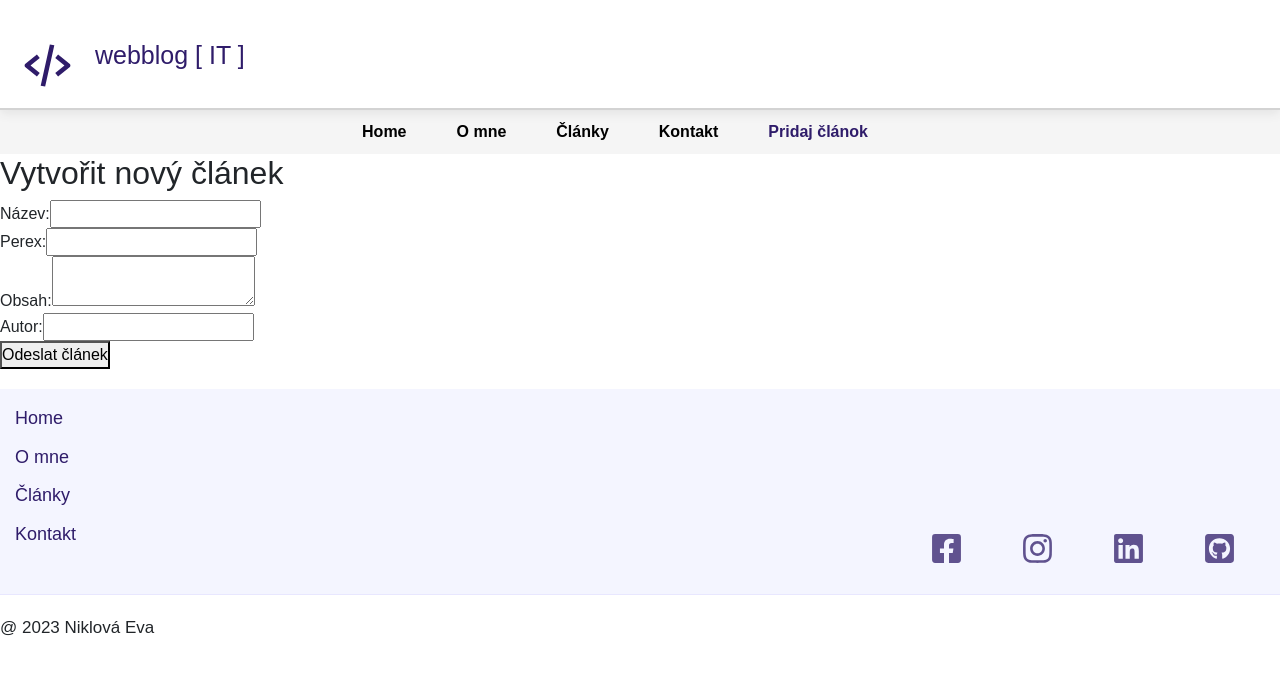
Repository: eniklova/github-bl
Page: /newarticel
These files come from the project's save history. The page is drawn as it stood at one moment and after a run of saves; the edit follows.
The browser window is 1280 px wide. The pictures show the whole page.
Some web fonts or font styles are not loaded; a fallback is used. The project was rebuilt for these pictures with package versions that can differ from the ones it lists, and the page was loaded fresh each time. Also part of the build but not shown: src/components/ArticleList.js, src/components/HeroSlider.css, src/components/HeroSlider.js, src/pages/Home.js, src/pages/Aboutme.js, src/pages/Articles.js, src/pages/Kontakt.js, src/pages/Error.js.

Above is the page before, as saved 2023-10-19 10:46:10.

After the next 6 saves:
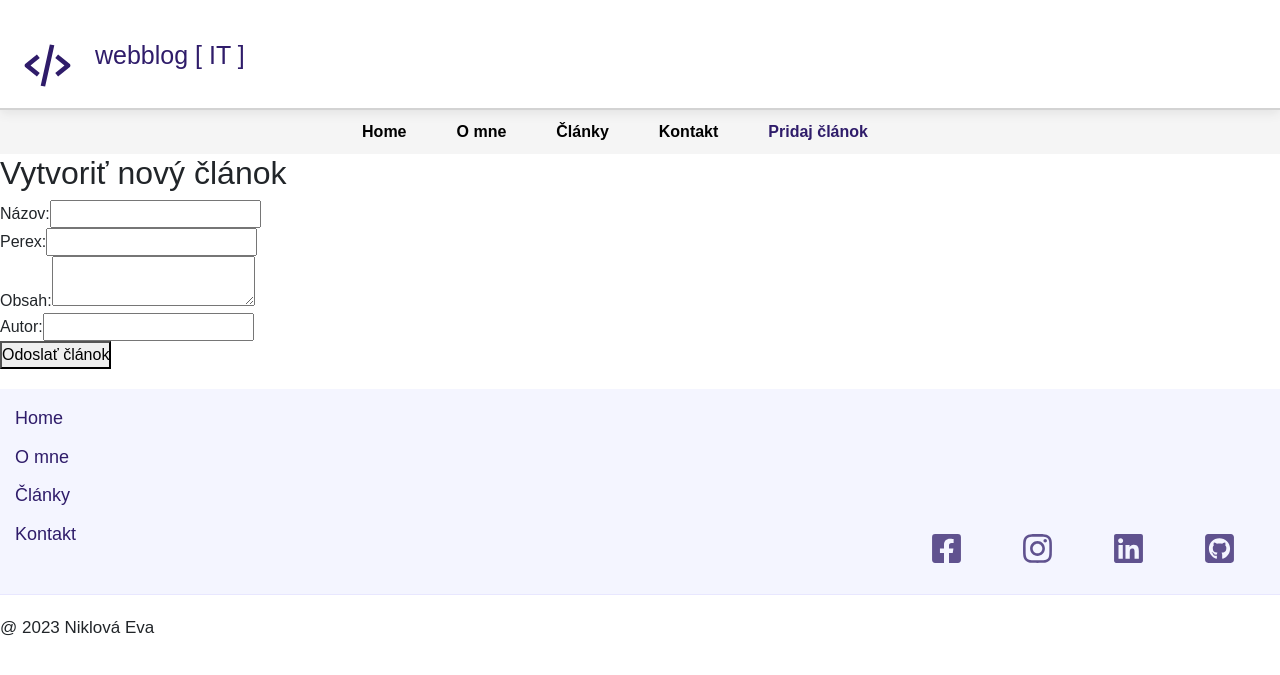
The 6 saves are shown as one change because 4 did not build or start and some came seconds apart.
The last was saved 2 min 7 s later.
--- a/src/components/ArticleForm.js
+++ b/src/components/ArticleForm.js
@@ -1,6 +1,5 @@
-// ArticleForm.js
 import React, { useState } from "react";
-import { createArticle, syncArticleWithCategories } from "../services/api";
+import { createArticle } from "../services/api";
 
 function ArticleForm() {
   const initialFormData = {
@@ -24,28 +23,33 @@ function ArticleForm() {
   const handleSubmit = async (e) => {
     e.preventDefault();
 
+    console.log("Dáta z formulára:", formData);
+
     try {
       const createdArticle = await createArticle(formData);
-      setSubmitMessage("Článek byl úspěšně odeslán!");
+      setSubmitMessage("Článok bol úspešne odoslaný!");
       setIsSubmitted(true);
+
+      // Aktualizujeme kategorie článku, předpokládejme, že categoryId je 1
+      const articleId = createdArticle.id;
+      const categoryIds = [1]; // Změňte podle vašich potřeb
+
+      await updateArticleCategory(articleId, categoryIds);
+
+      // Vymažeme data z formuláře po úspěšném odeslání
       setFormData({ ...initialFormData });
-
-      // Synchronizace článku s konkrétními kategoriemi
-      const articleId = createdArticle.id;
-      const categoryIds = [1, 2, 3]; // Změňte podle vašich potřeb
-      await syncArticleWithCategories(articleId, categoryIds);
     } catch (error) {
-      console.error("Chyba při vytváření článku:", error);
-      setSubmitMessage("Chyba při odesílání článku");
+      console.error("Chyba pri vytváraní článku:", error);
+      setSubmitMessage("Chyba pri odosielaní článku");
     }
-  }
+  };
 
   return (
     <div>
-      <h2>Vytvořit nový článek</h2>
+      <h2>Vytvoriť nový článok</h2>
       <form onSubmit={handleSubmit}>
         <div>
-          <label htmlFor="title">Název:</label>
+          <label htmlFor="title">Názov:</label>
           <input
             type="text"
             id="title"
@@ -85,7 +89,7 @@ function ArticleForm() {
         </div>
 
         {isSubmitted ? null : (
-          <button type="submit">Odeslat článek</button>
+          <button type="submit">Odoslať článok</button>
         )}
       </form>
 
--- a/src/services/api.js
+++ b/src/services/api.js
@@ -15,7 +15,7 @@ export const getArticles = async (perPage, categoryId, page) => {
 
     return response.data;
   } catch (error) {
-    console.error("Error getting articles:", error);
+    console.error("Chyba pri získavaní článkov:", error);
     throw error;
   }
 };
@@ -34,17 +34,17 @@ export const createArticle = async (articleData) => {
 
     return response.data;
   } catch (error) {
-    console.error("Error creating the article:", error);
+    console.error("Chyba pri vytváraní článku:", error);
     throw error;
   }
 };
 
-export const syncArticleWithCategories = async (articleId, categoryIds) => {
-  const URL = `${BASE_URL}/article/${articleId}/category-sync`;
-  const data = { category_ids: categoryIds };
+export const updateArticle = async (articleId, updatedData) => {
+  const URL = `${BASE_URL}/article/${articleId}`;
 
   try {
-    const response = await axios.put(URL, data, {
+    updatedData.category_id = 1;
+    const response = await axios.put(URL, updatedData, {
       headers: {
         "Content-Type": "application/json",
         Accept: "application/json",
@@ -53,7 +53,36 @@ export const syncArticleWithCategories = async (articleId, categoryIds) => {
 
     return response.data;
   } catch (error) {
-    console.error("Error syncing article with categories:", error);
+    console.error("Chyba pri úprave článku:", error);
     throw error;
   }
 };
+
+export const updateArticleCategory = async (articleId, categoryIds) => {
+  const URL = `${BASE_URL}/${articleId}/category-sync`;
+
+  try {
+    const response = await axios.put(URL, { category_ids: categoryIds }, {
+      headers: {
+        "Content-Type": "application/json",
+        Accept: "application/json",
+      },
+    });
+
+    return response.data;
+  } catch (error) {
+    console.error("Chyba pri aktualizaci kategorie článku:", error);
+    throw error;
+  }
+};
+
+export const deleteArticle = async (articleId) => {
+  const URL = `${BASE_URL}/${articleId}`;
+
+  try {
+    await axios.delete(URL);
+  } catch (error) {
+    console.error("Chyba pri mazaní článku:", error);
+    throw error;
+  }
+};
